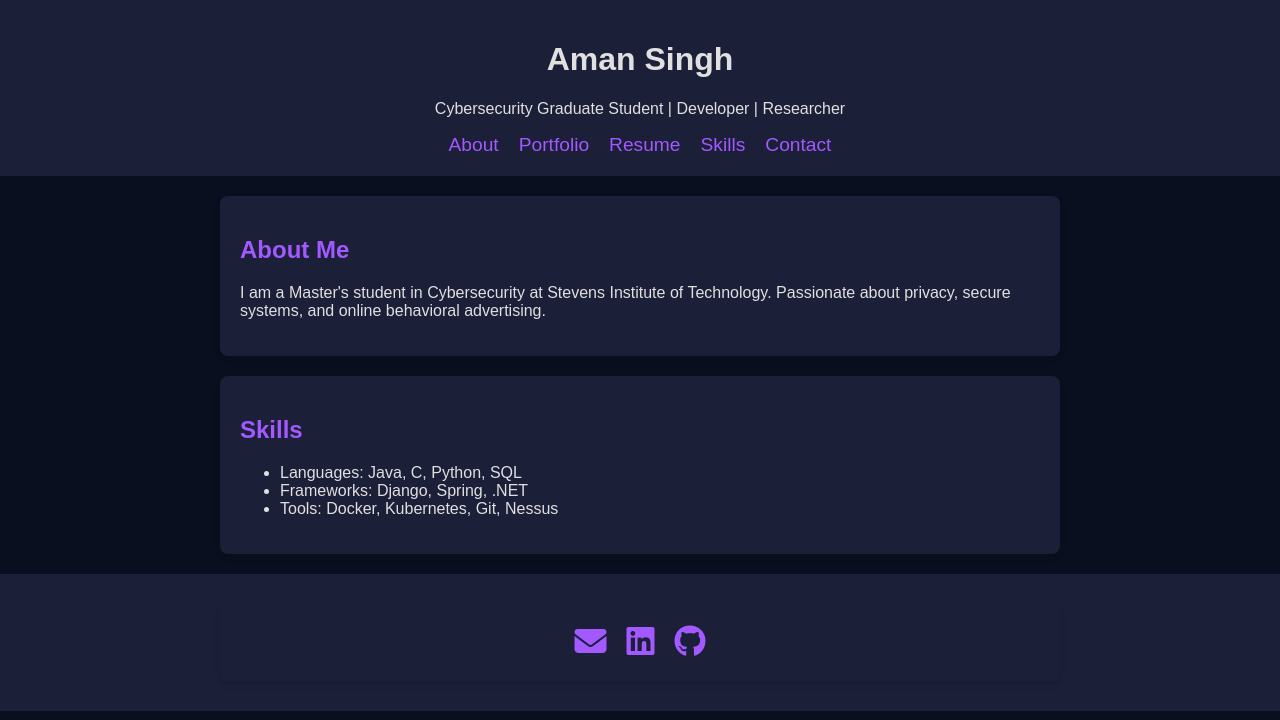
Repository: aman3singh/portfolio
Page: index.html
These files come from the project's save history. The page is drawn as it stood at one moment and after the next save; the edit follows.
The browser window is 1280 px wide. The pictures show the whole page.

Above is the page before, as saved 2025-02-11 18:52:19.

After the next save:
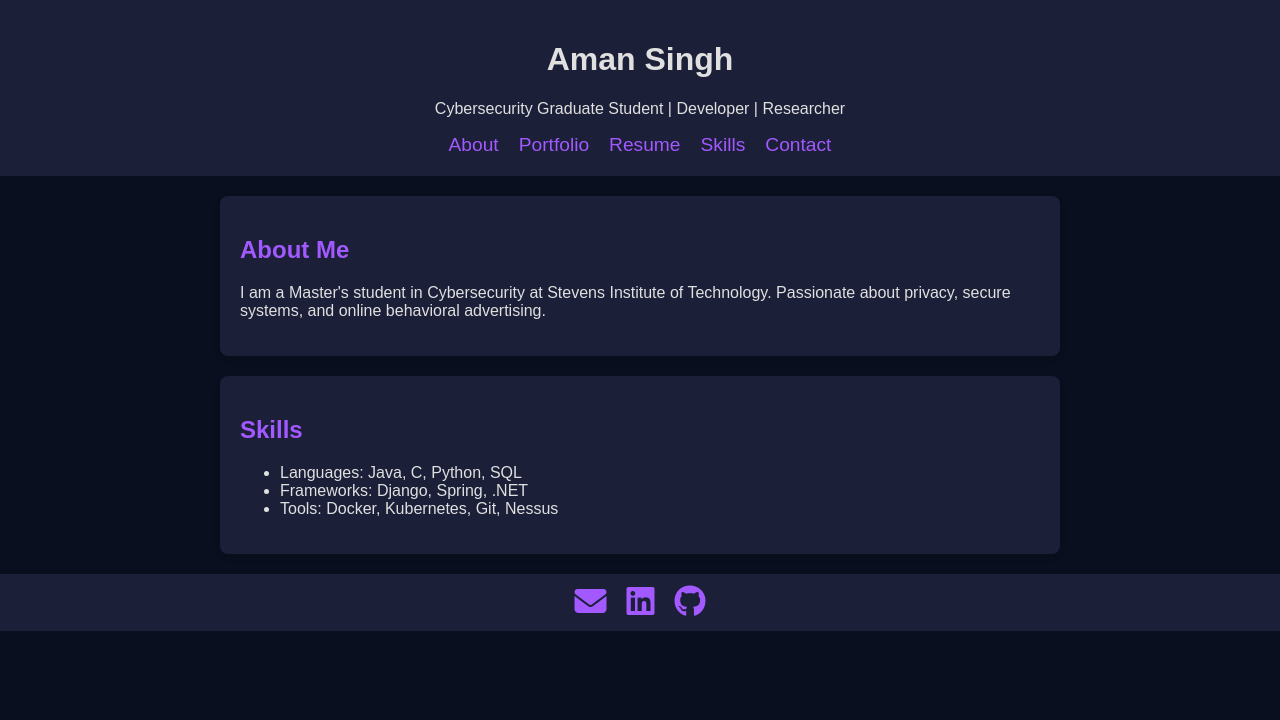
Saved 8 min 11 s later.
--- a/index.html
+++ b/index.html
@@ -37,7 +37,6 @@
 
 
     <footer>
-        <section id="contact">
             <div class="social-links" style="display: flex; gap: 20px; font-size: 2rem;">
                 <a href="mailto:aman3singh.work@gmail.com" target="_blank">
                     <i class="fa-solid fa-envelope"></i>
@@ -49,7 +48,6 @@
                     <i class="fa-brands fa-github"></i>
                 </a>
             </div>
-        </section>
     </footer>
 </body>
 </html>
